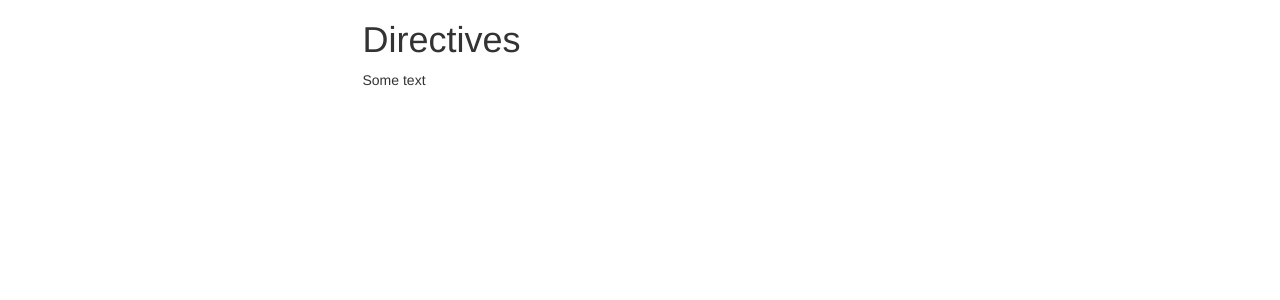
Repository: wojkos/Learn
Page: / (app in Vue/module12/)
The author's editor kept a copy of each file at every save. The page is drawn from the files as they stood at one save, then again after the next save.
The browser window is 1280 px wide. The pictures show the whole page.
The project was rebuilt for these pictures with package versions that can differ from the ones it lists, and the page was loaded fresh each time. Also part of the build but not shown: Vue/module12/webpack.config.js.

Above is the page before, as saved 2018-05-17 21:54:39.

After the next save:
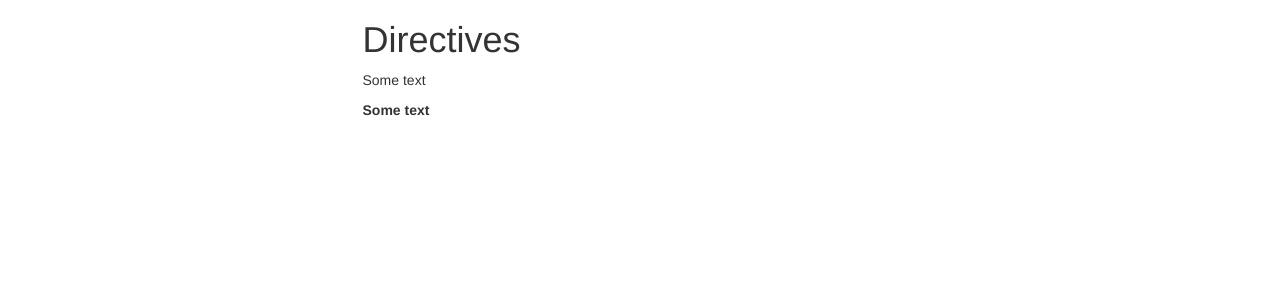
Saved 38 s later.
--- a/Vue/module12/src/App.vue
+++ b/Vue/module12/src/App.vue
@@ -4,6 +4,7 @@
             <div class="col-xs-12 col-sm-8 col-sm-offset-2 col-md-6 col-md-offset-3">
                 <h1>Directives</h1>
                 <p v-text="'Some text'"></p>
+                <p v-html="'<strong>Some text</strong>'"></p>
 
             </div>
         </div>
